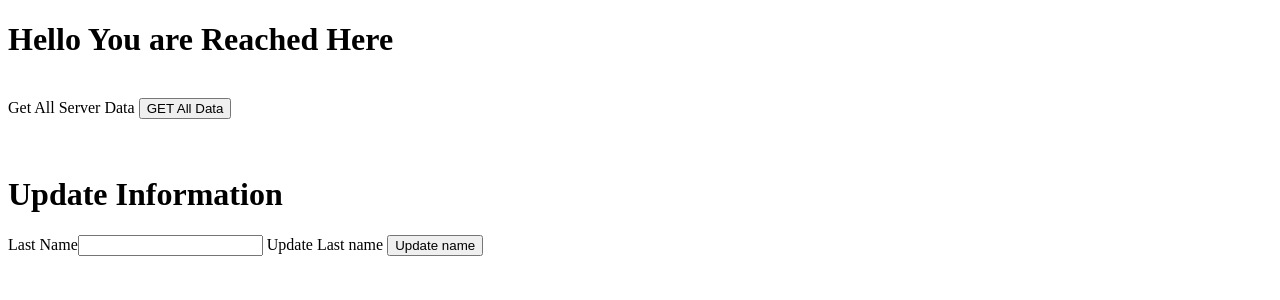
Repository: gadgeswapnil11/Vaulty
Page: http://localhost/ServeletCRUDOprations/Success.jsp
An editor plug-in stored every save of this project. The page is shown before and after the next save, followed by the edit.
The browser window is 1280 px wide. The pictures show the whole page.
The page is served by Tomcat 9.

Above is the page before, as saved 2023-12-20 12:31:06.

After the next save:
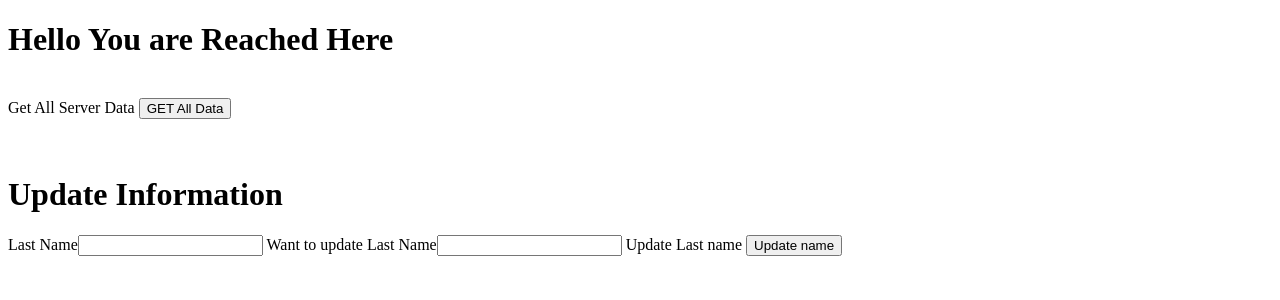
Saved 74 s later.
--- a/ServeletCRUDOprations/src/main/webapp/Success.jsp
+++ b/ServeletCRUDOprations/src/main/webapp/Success.jsp
@@ -22,6 +22,8 @@
 	<form action="update">
 
 	Last Name<input type = "text" name ="lastName">
+	Want to update  Last Name<input type = "text" name ="lastName1">
+
 		Update Last name <input type="Submit" value="Update name">
 	</form>
 
